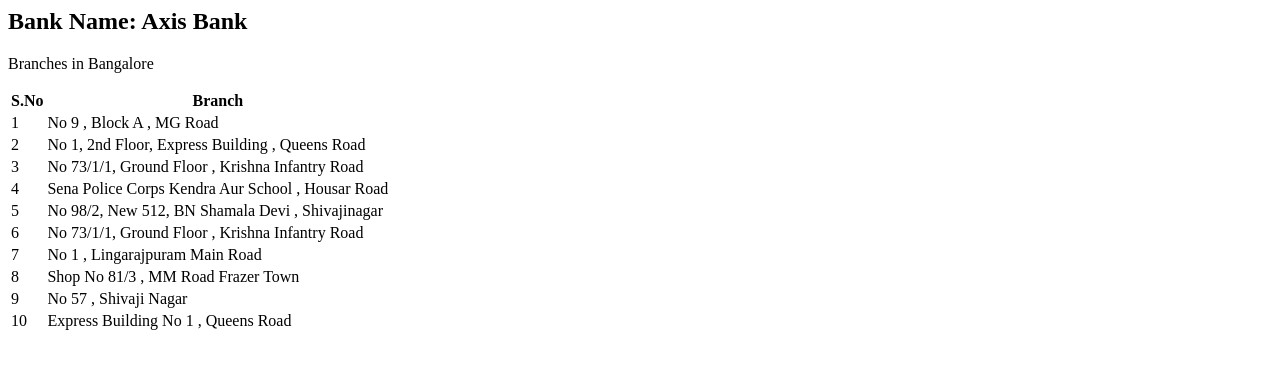
Repository: vibakar/spring-boot-topgear-assignments
Page: http://localhost/branches
An editor plug-in stored every save of this project. The page is shown before and after the next save, followed by the edit.
The browser window is 1280 px wide. The pictures show the whole page.
The page is this project's Thymeleaf template; nobody is signed in. The template is opened directly, without the code that normally fills it, so the values that code supplies are empty.

Above is the page before, as saved 2020-06-12 05:15:29.

After the next save:
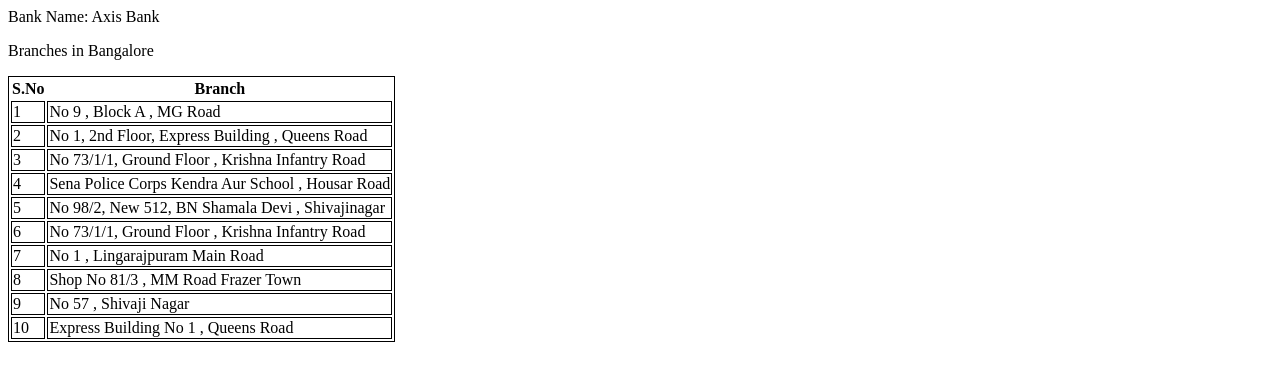
Saved 39 min 18 s later.
--- a/assignment2/src/main/resources/templates/branches.html
+++ b/assignment2/src/main/resources/templates/branches.html
@@ -1,3 +1,13 @@
+<html>
+<head>
+<style>
+table, tr, td {
+	border: 1px solid black;
+}
+</style>
+</head>
+<body.
+
 <h2>Bank Name: Axis Bank</h2>
 
 <p>Branches in Bangalore</p>
@@ -48,3 +58,5 @@
 		<td>Express Building No 1 , Queens Road</td>
 	</tr>
 </table>
+</body>
+</html>
